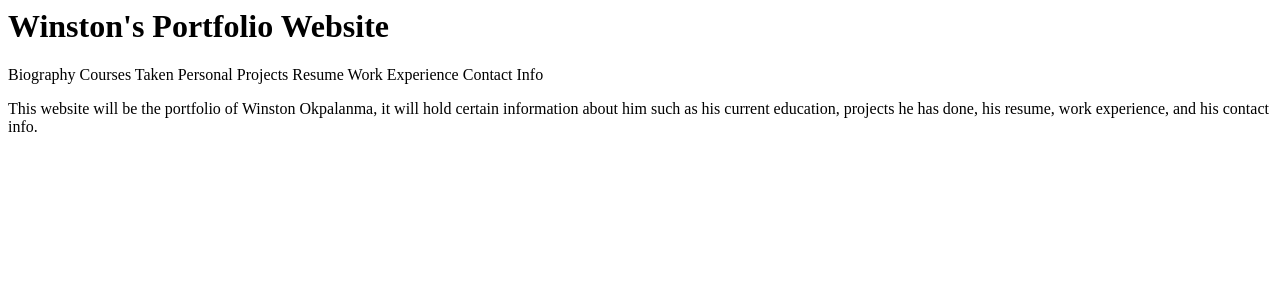
Repository: wokpalanma2020/portfolio
Page: index.html
The author's editor kept a record of every edit. The page is drawn from the files as they stood at one moment, then again after the next edit.
The browser window is 1280 px wide. The pictures show the whole page.

Above is the page before.

After the next edit:
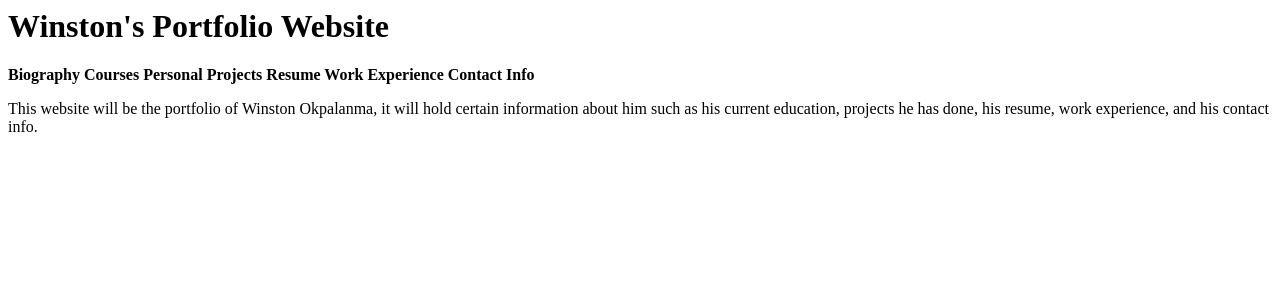
The edit:
--- a/index.html
+++ b/index.html
@@ -7,12 +7,12 @@
     <h1> Winston's Portfolio Website </h1>
 
     <u1>
-    <l1>Biography </l1>
-    <l1>Courses Taken</l1>
-    <l1>Personal Projects</l1>
-    <l1>Resume</l1>
-    <l1>Work Experience</l1>
-    <l1>Contact Info</l1>
+    <l1><b>Biography </b></l1>
+    <l1><b>Courses </b></l1>
+    <l1><b>Personal Projects </b></l1>
+    <l1><b>Resume </b></l1>
+    <l1><b>Work Experience </b></l1>
+    <l1><b>Contact Info </b></l1>
     </u1>
     <p>
       This website will be the portfolio of Winston Okpalanma, it will hold
